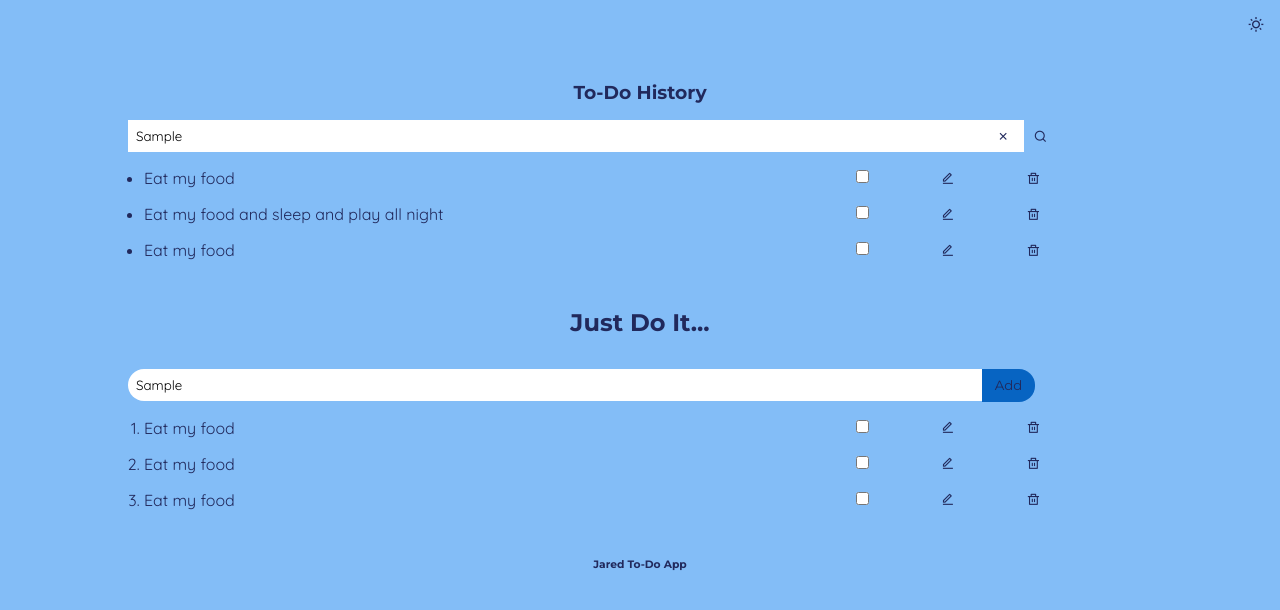
Repository: EguJaredoBoyd/Jared-ToDo-App
Page: main.html
These files come from the project's save history. The page is drawn as it stood at one moment and after the next save; the edit follows.
The browser window is 1280 px wide. The pictures show the whole page.
Empty fields were first filled with sample values (such as "Sample", 5 or name@example.com).
After loading, the first visible `#theme` was clicked once.
Some web libraries are served in a nearby version.

Above is the page before, as saved 2025-12-24 22:01:33.
Not found: js/to-do.j

After the next save:
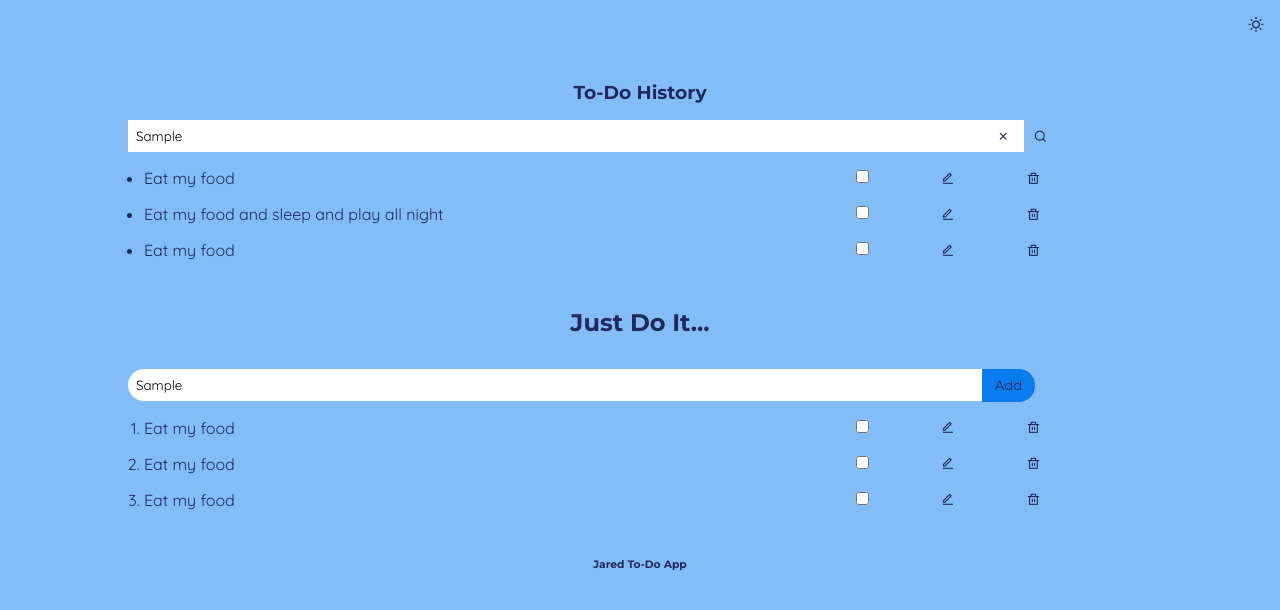
Saved 5 s later.
--- a/css/main.css
+++ b/css/main.css
@@ -159,7 +159,7 @@ main {
 }
 
 body.light-theme .To-Do__create button {
-  background-color: #0764c2;
+  background-color: #097cf0;
 }
 
 .ol__list {
